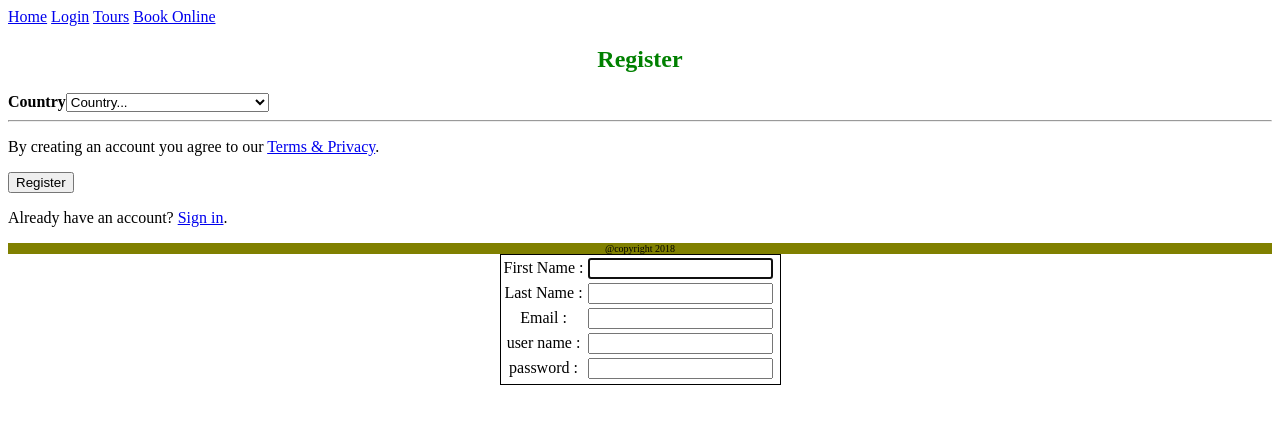
Repository: Rahim89/ANYFT
Page: http://localhost/CaseStudy/WEB-INF/views/registration.jsp
These files come from the project's save history. The page is drawn as it stood at one moment and after the next save; the edit follows.
The browser window is 1280 px wide. The pictures show the whole page.
The page is served by Tomcat 9. Nobody is signed in. The template is opened directly, without the code that normally fills it, so the values that code supplies are empty.

Above is the page before, as saved 2018-09-17 19:18:48.

After the next save:
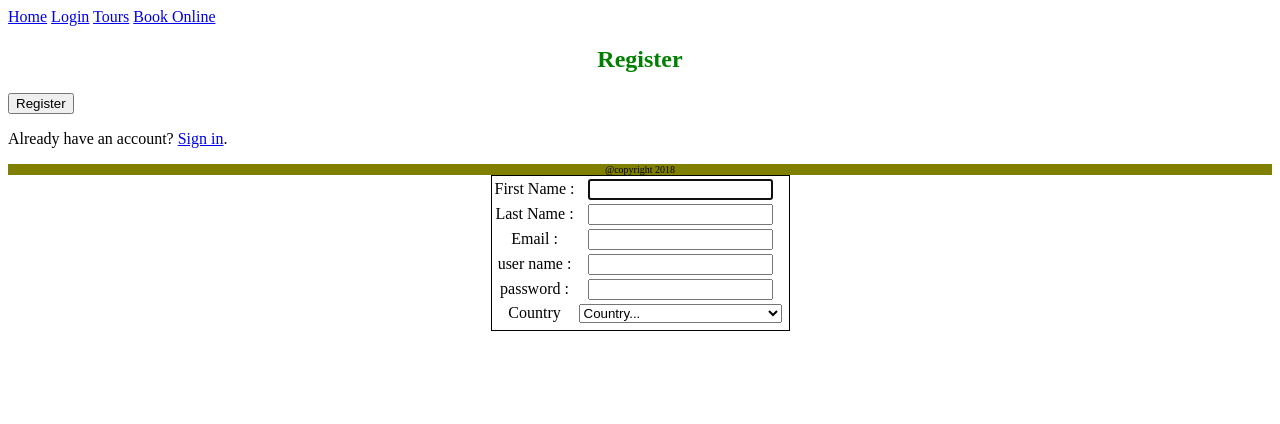
Saved 3 min 20 s later.
--- a/CaseStudy/WebContent/WEB-INF/views/registration.jsp
+++ b/CaseStudy/WebContent/WEB-INF/views/registration.jsp
@@ -46,8 +46,8 @@
 		<tr>
 
 
-    <label for="country"><b>Country</b></label>
-    <select name="country" required>
+    <td>Country</td>
+    <td><select name="country" required>
 		<option value="">Country...</option>
 		<option value="Afganistan">Afghanistan</option>
 		<option value="Albania">Albania</option>
@@ -297,19 +297,19 @@
 		<option value="Zambia">Zambia</option>
 		<option value="Zimbabwe">Zimbabwe</option>
 	</select>
+	</td>
 	</tr>
-	<hr>
-    <p>By creating an account you agree to our <a href="#">Terms & Privacy</a>.</p>
-
+
+    <tr>
     <button type="submit" class="registerbtn">Register</button>
-  </div>
-
-
-    <div class="container signin">
+  	</tr>
+
+
+    <tr>
    		 <p>Already have an account? <a href="login">Sign in</a>.</p>
-  	</div>
-
-  </fieldset>
+  	</tr>
+
+
 </form>
 
 	<div>
